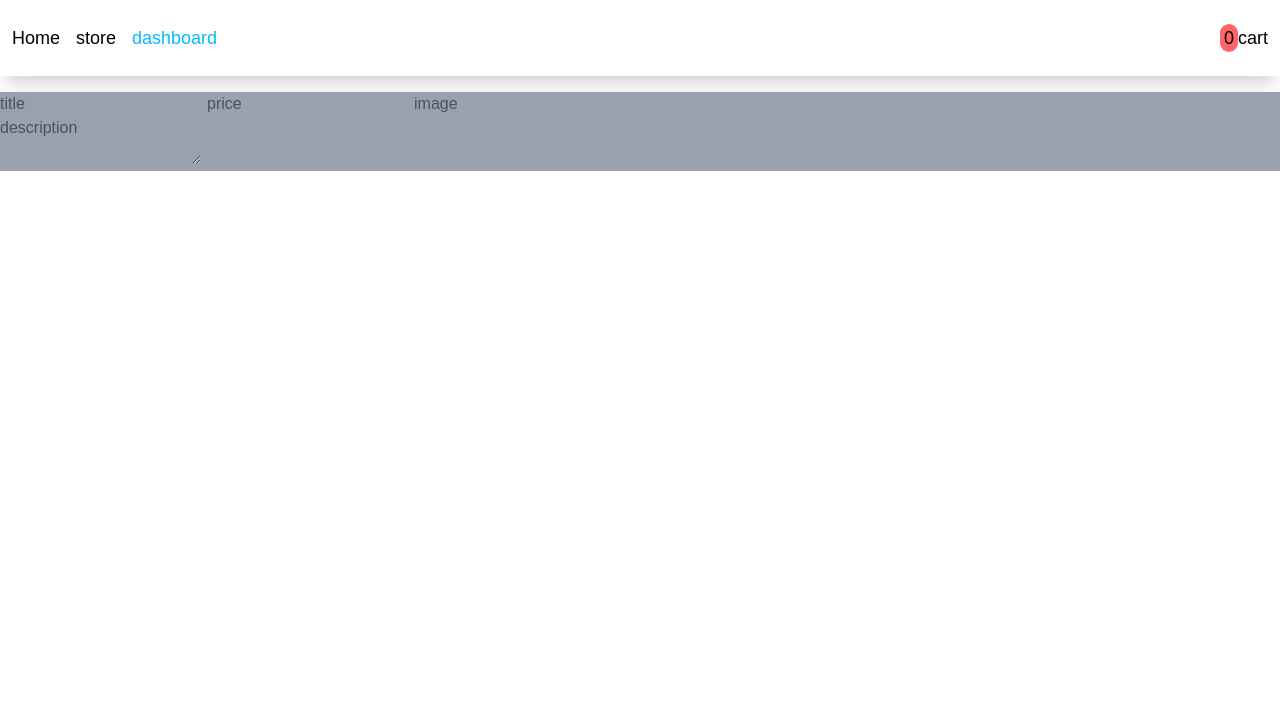
Repository: Rohullah-Noori/Nextjs-online-shop
Page: /dashboard
An editor plug-in stored every save of this project. The page is shown before and after the next save, followed by the edit.
The browser window is 1280 px wide. The pictures show the whole page.
The project was rebuilt for these pictures with package versions that can differ from the ones it lists, and the page was loaded fresh each time. The framework's server and built-in components were replaced by stand-ins that run in the browser. Also part of the build but not shown: next.config.ts.

Above is the page before, as saved 2025-05-28 10:36:23.

After the next save:
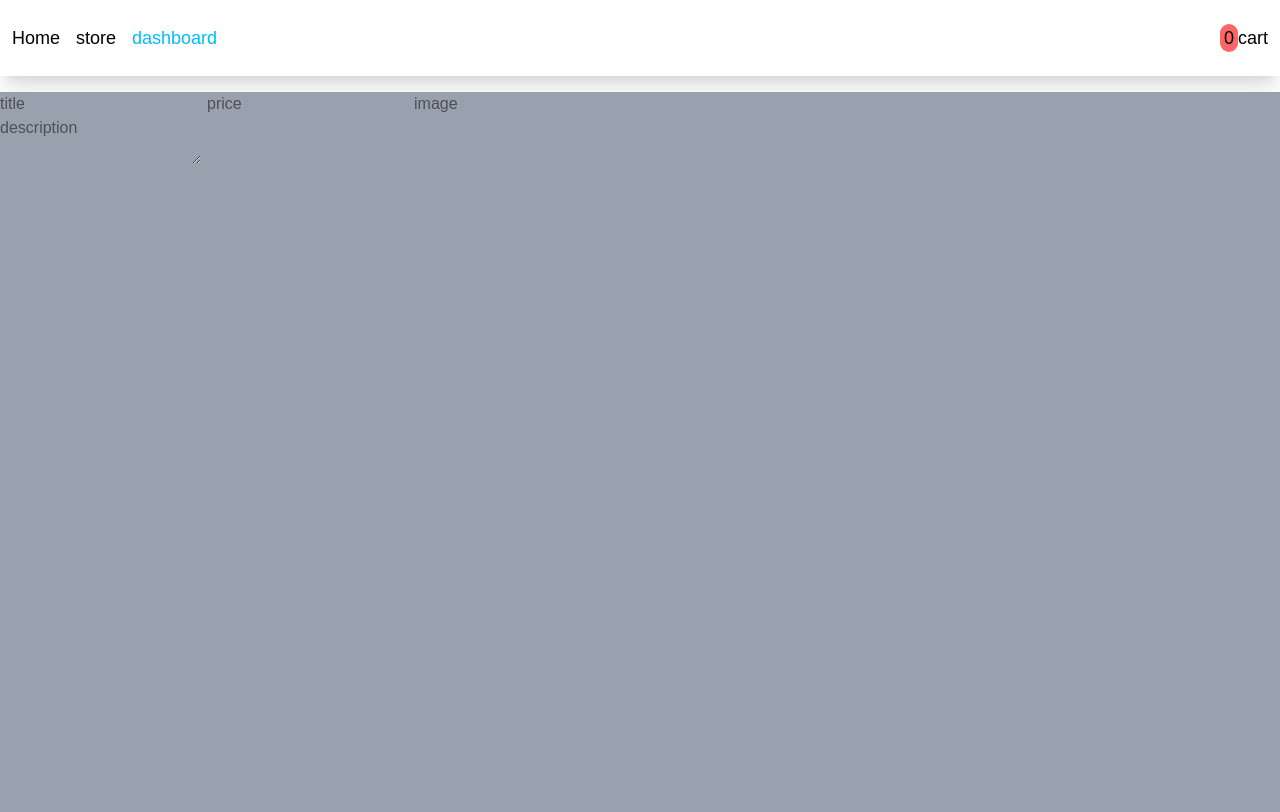
Saved 19 s later.
--- a/src/app/dashboard/page.tsx
+++ b/src/app/dashboard/page.tsx
@@ -3,7 +3,7 @@
 
 export default function Dashboard() {
   return (
-    <div className="bg-gray-400">
+    <div className="bg-gray-400 h-screen">
       <Container>
         <div>
           <input type="text" placeholder="title" />

After the save that followed:
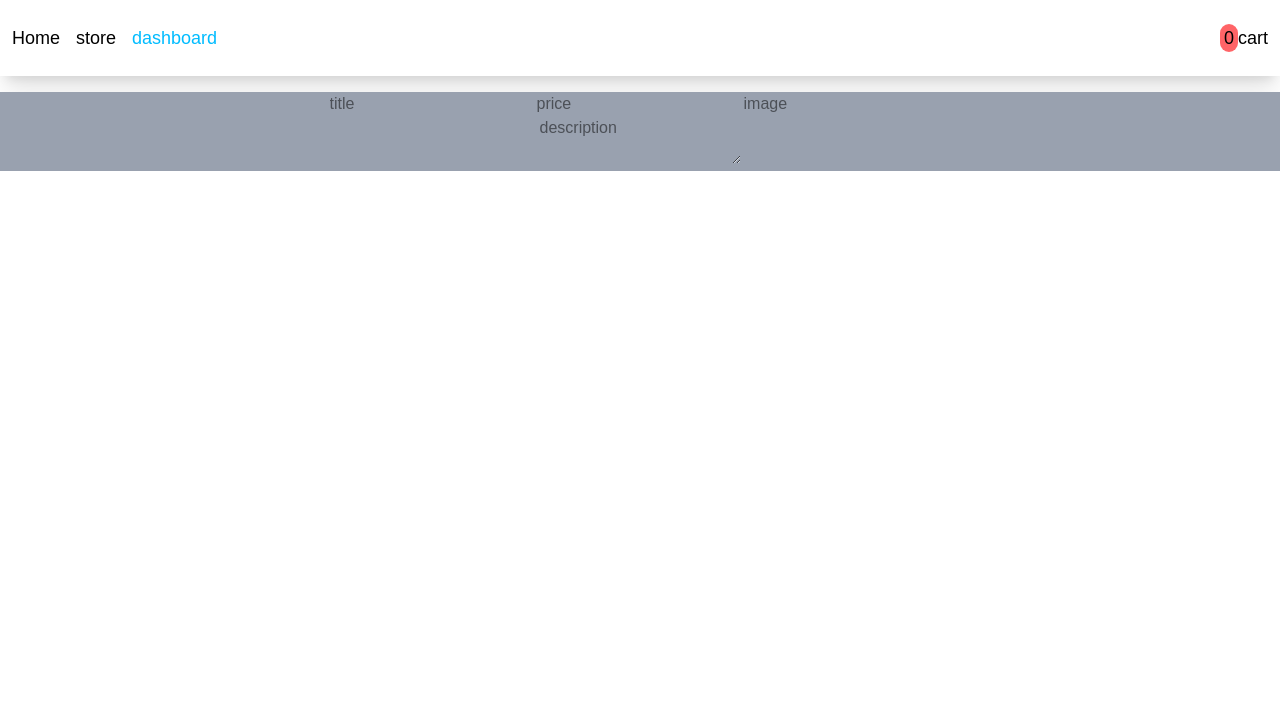
Saved 16 s later.
--- a/src/app/dashboard/page.tsx
+++ b/src/app/dashboard/page.tsx
@@ -3,7 +3,7 @@
 
 export default function Dashboard() {
   return (
-    <div className="bg-gray-400 h-screen">
+    <div className="bg-gray-400 text-center">
       <Container>
         <div>
           <input type="text" placeholder="title" />
